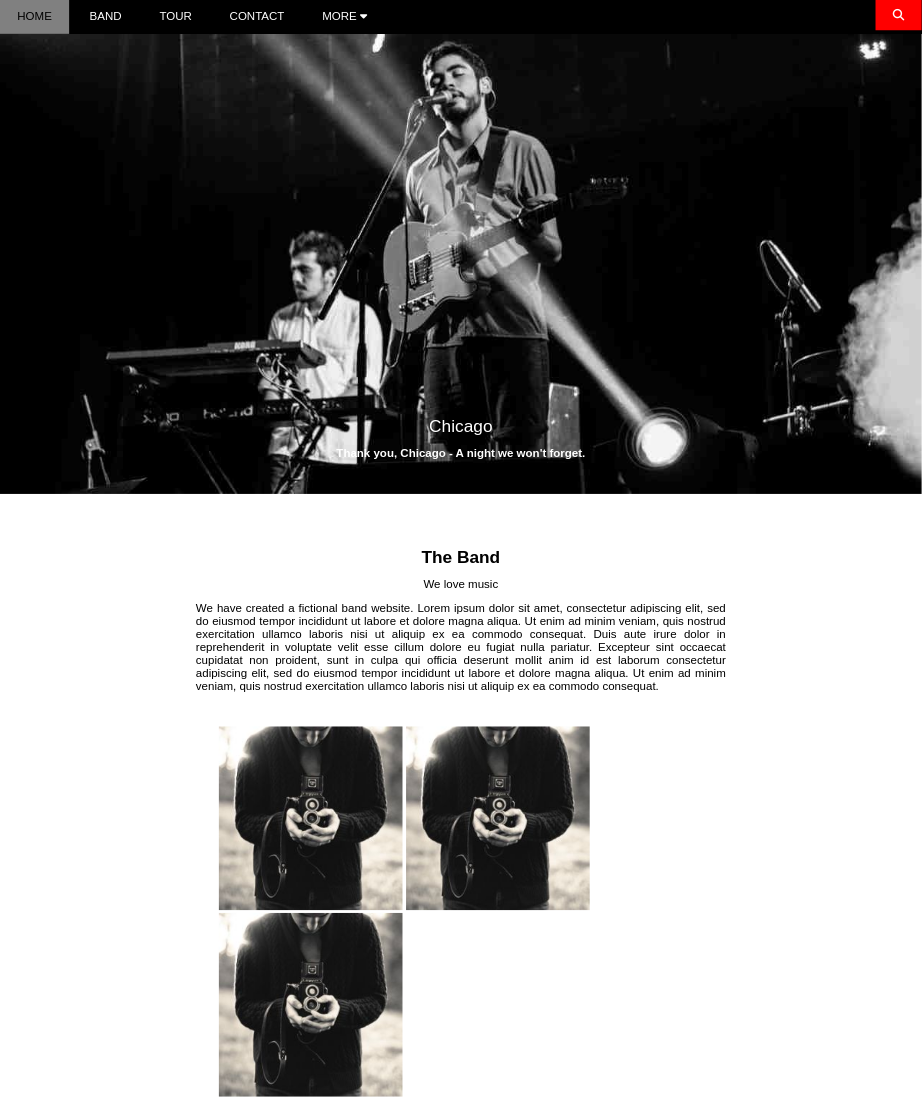
Repository: ngotranphuongbao/theband
Page: index.html
These files come from the project's save history. The page is drawn as it stood at one moment and after the next save; the edit follows.
The browser window is 1280 px wide. The pictures show the whole page, at 72% of full size.
Some web libraries are served in a nearby version.

Above is the page before, as saved 2022-12-21 21:38:06.

After the next save:
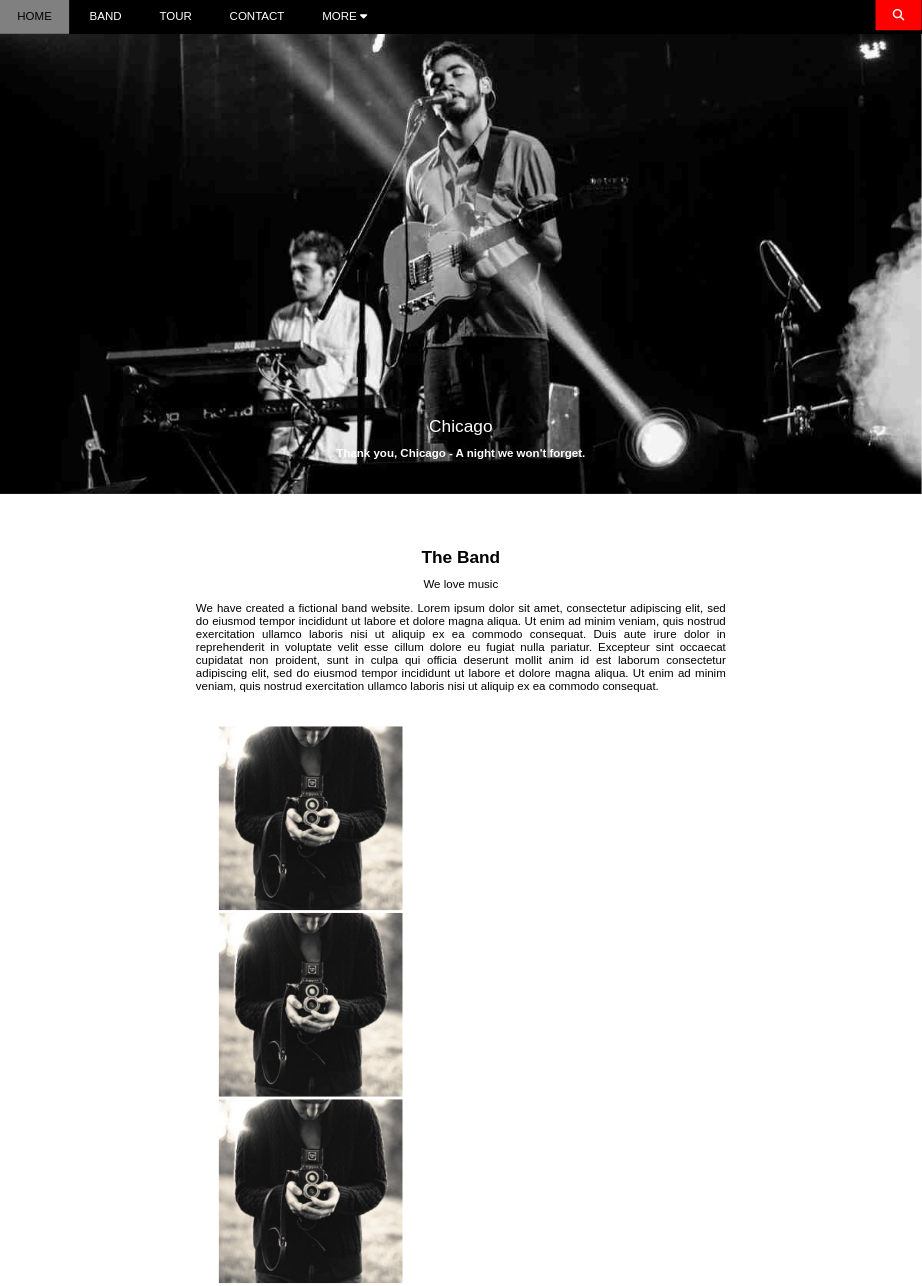
Saved 58 s later.
--- a/index.html
+++ b/index.html
@@ -48,12 +48,12 @@
                     <p class="content-subtitle">We love music</p>
                     <p id="describe">We have created a fictional band website. Lorem ipsum dolor sit amet, consectetur adipiscing elit, sed do eiusmod tempor incididunt ut labore et dolore magna aliqua. Ut enim ad minim veniam, quis nostrud exercitation ullamco laboris nisi ut aliquip ex ea commodo consequat. Duis aute irure dolor in reprehenderit in voluptate velit esse cillum dolore eu fugiat nulla pariatur. Excepteur sint occaecat cupidatat non proident, sunt in culpa qui officia deserunt mollit anim id est laborum consectetur adipiscing elit, sed do eiusmod tempor incididunt ut labore et dolore magna aliqua. Ut enim ad minim veniam, quis nostrud exercitation ullamco laboris nisi ut aliquip ex ea commodo consequat.</p>
                     <div id="member">
-                        <div id="member-info">
+                        <div class="member-info">
                             <p class="member-name"></p>
                             <img src="/assets/image/member/bandmember.jpg" alt="" class="member-photo">
                         </div>
 
-                        <div id="member-info">
+                        <div class="member-info">
                             <p class="member-name"></p>
                             <img src="/assets/image/member/bandmember.jpg" alt="" class="member-photo">
                         </div>
--- a/assets/css/style.css
+++ b/assets/css/style.css
@@ -161,6 +161,8 @@ html {
     height: 222px;
 }
 
+#member-
+
 #footer {
 
 }

After the 2 saves that followed:
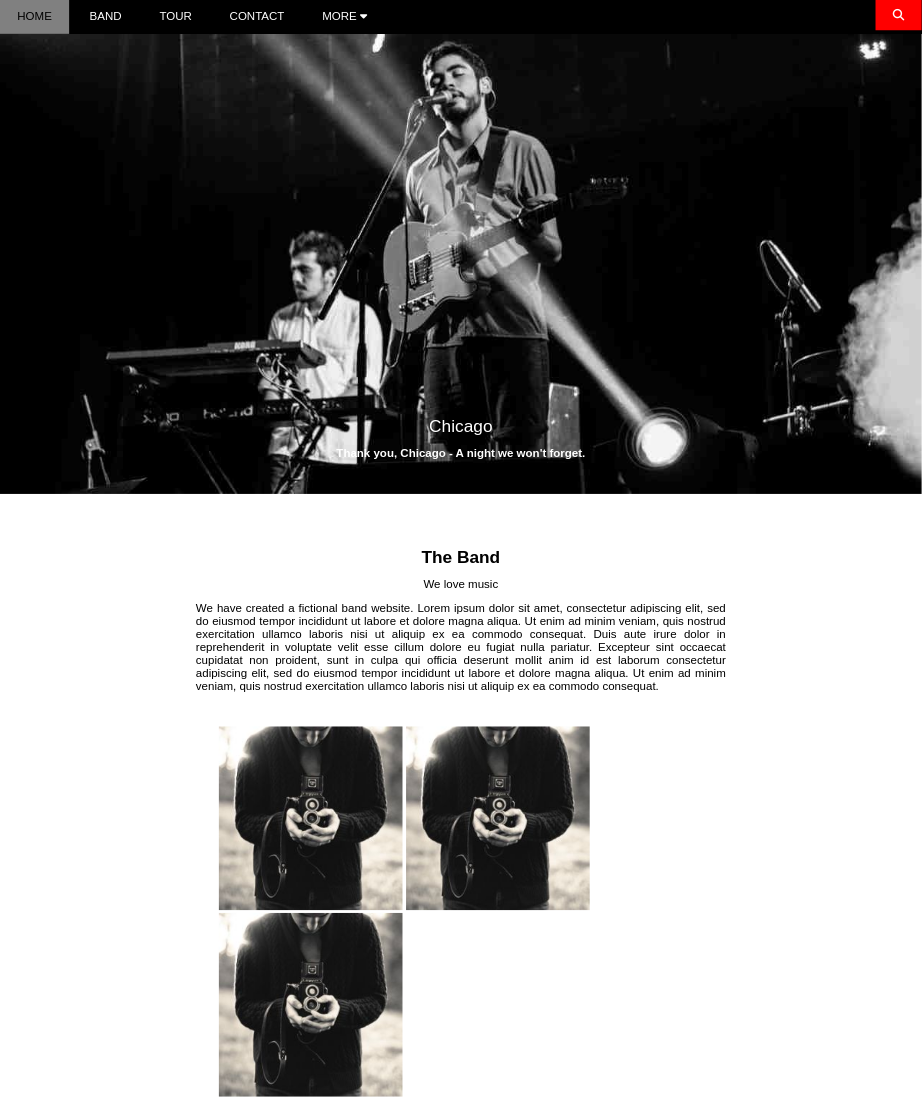
The 2 saves are shown as one change because 1 left the picture as it was.
The last was saved 26 s later.
--- a/index.html
+++ b/index.html
@@ -58,7 +58,7 @@
                             <img src="/assets/image/member/bandmember.jpg" alt="" class="member-photo">
                         </div>
 
-                        <div id="member-info">
+                        <div class="member-info">
                             <p class="member-name"></p>
                             <img src="/assets/image/member/bandmember.jpg" alt="" class="member-photo">
                         </div>
--- a/assets/css/style.css
+++ b/assets/css/style.css
@@ -155,7 +155,7 @@ html {
     padding: 32px;
 }
 
-#member-info {
+.member-info {
     display: inline-block;
     width: 256px;
     height: 222px;
